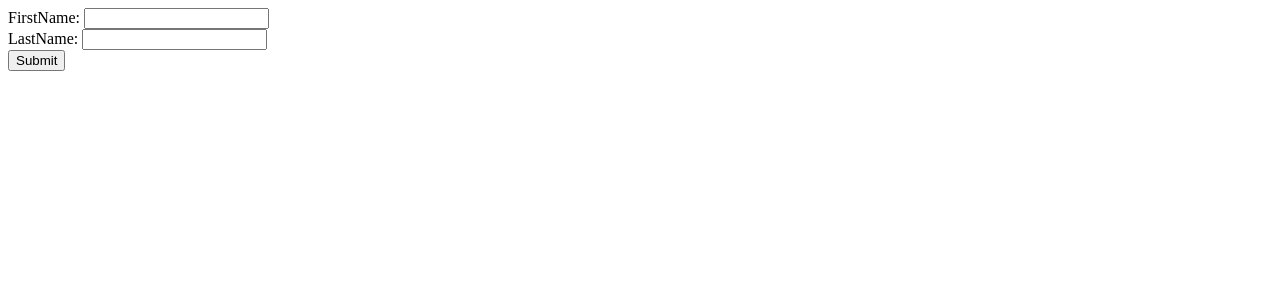
Repository: PuchakayalaVyshnavi/Bootstrap5
Page: Java/jspdemo/src/main/webapp/Student-form.html
The author's editor kept a copy of each file at every save. The page is drawn from the files as they stood at one save, then again after the next save.
The browser window is 1280 px wide. The pictures show the whole page.

Above is the page before, as saved 2021-08-17 08:16:02.

### Java/jspdemo/src/main/webapp/Student-form.html
<html>
<head><title>Student Registration Form</title></head>

<body>

<form action ="student-response.jsp">
FirstName: <input type ="text" name="firstName"/>
<br/>
LastName: <input type ="text" name="lastName"/>
<br/>
<input type = "submit" value="Submit"/>
</form>
</body>

</html>

After the next save:
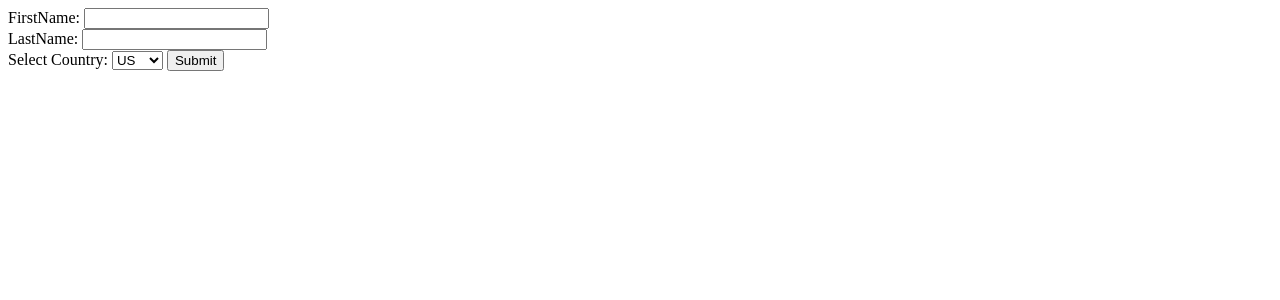
Saved 3 min 17 s later.
--- a/Java/jspdemo/src/main/webapp/Student-form.html
+++ b/Java/jspdemo/src/main/webapp/Student-form.html
@@ -8,6 +8,12 @@ FirstName: <input type ="text" name="firstName"/>
 <br/>
 LastName: <input type ="text" name="lastName"/>
 <br/>
+Select Country:
+<select>
+<option>US</option>
+<option>UK</option>
+<option>India</option>
+</select>
 <input type = "submit" value="Submit"/>
 </form>
 </body>
